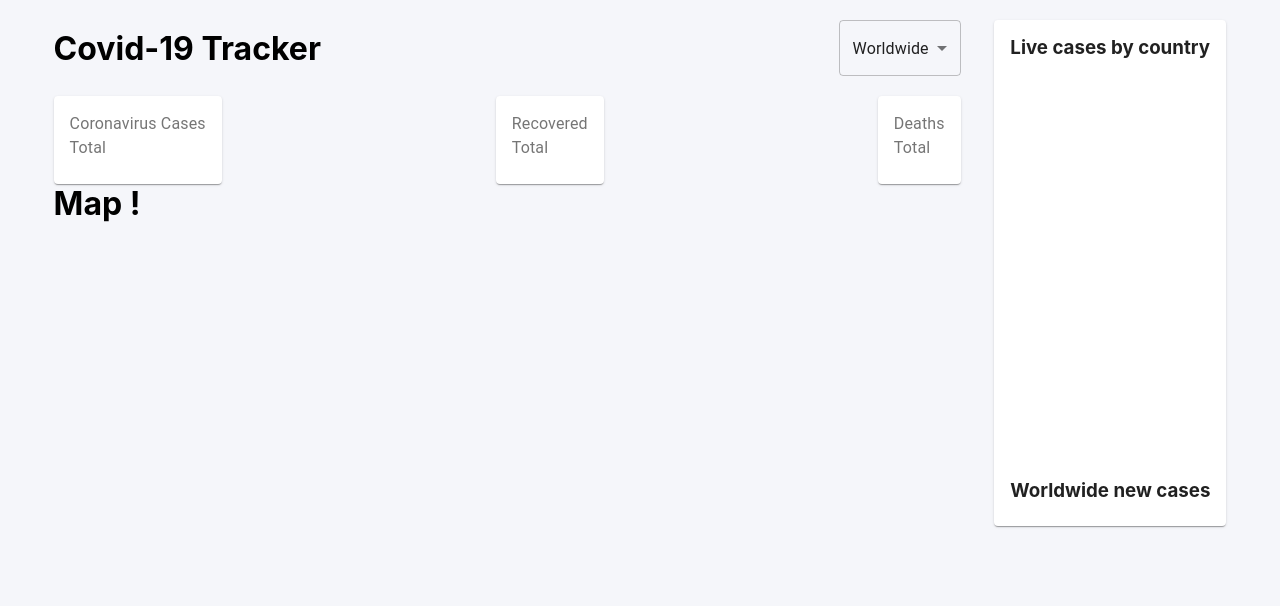
Repository: aashajo/covid-tracker-app-react
Page: /
These files come from the project's save history. The page is drawn as it stood at one moment and after a run of saves; the edit follows.
The browser window is 1280 px wide. The pictures show the whole page.
The page's requests for data from a server got no answer. The project was rebuilt for these pictures with package versions that can differ from the ones it lists, and the page was loaded fresh each time. No one was signed in, and anything a server would have sent is missing.

Above is the page before, as saved 2020-08-26 10:01:21.

After the next 2 saves:
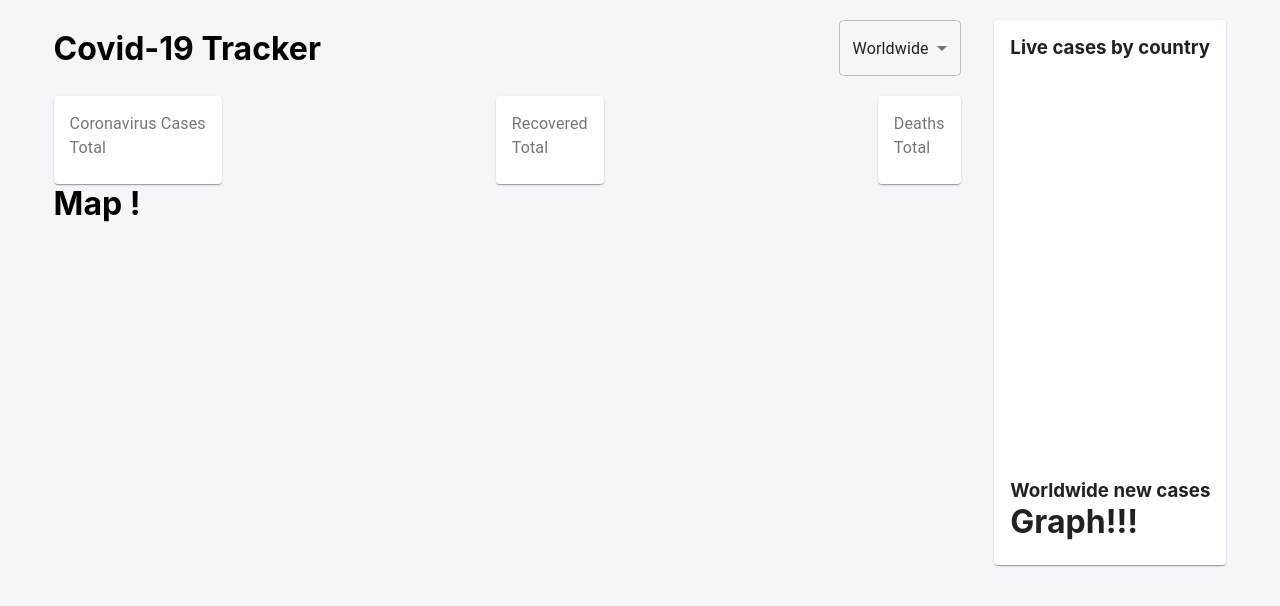
The 2 saves are shown as one change because 1 did not build or start.
The last was saved 5 min 57 s later.
--- a/src/LineGraph.js
+++ b/src/LineGraph.js
@@ -1,10 +1,21 @@
-import React from 'react';
+import React, {useState, useEffect} from 'react';
 import {Line} from "react-chartjs-2";
 
 function LineGraph() {
+    const [data, setData] = useState({});
+
+    useEffect(() => {
+        fetch("https://disease.sh/v3/..covid-19/historical/all?lastdays=120")
+        .then((response) => response.json())
+        .then((data) => {
+            console.log(data)
+
+        })
+    }, [])
     return (
         <div>
-
+            <h1>Graph!!!</h1>
+            {/* <Line data options /> */}
         </div>
     )
 }
